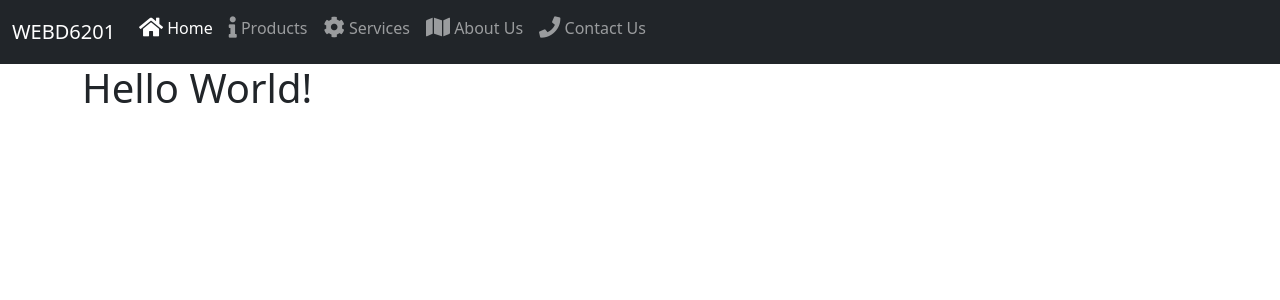
Repository: deividwsantoss/web6201-Lab1
Page: products.html
These files come from the project's save history. The page is drawn as it stood at one moment and after the next save; the edit follows.
The browser window is 1280 px wide. The pictures show the whole page.

Above is the page before, as saved 2021-02-02 14:57:48.

### products.html
<!DOCTYPE html>
<html lang="en">
<head>
    <meta charset="UTF-8">
    <meta name="viewport" content="width=device-width, initial-scale=1.0">
    <title>Home</title>
</head>
<!-- CSS SECTION-->
<link rel="stylesheet" href="./node_modules/bootstrap/dist/css/bootstrap.min.css">
<link rel="stylesheet" href="./node_modules/@fortawesome/fontawesome-free/css/all.min.css">
<link rel="stylesheet" href="./Content/app.css">

<body>
    <!-- Main Header-->
    <header>
        <nav class="navbar navbar-expand-lg navbar-dark bg-dark">
            <div class="container-fluid">
              <a class="navbar-brand" href="Index.html">WEBD6201</a>
              <button class="navbar-toggler" type="button" data-bs-toggle="collapse" data-bs-target="#navbarSupportedContent" aria-controls="navbarSupportedContent" aria-expanded="false" aria-label="Toggle navigation">
                <span class="navbar-toggler-icon"></span>
              </button>
              <div class="collapse navbar-collapse" id="navbarSupportedContent">
                <ul class="navbar-nav ml-auto mb-2 mr-lg-0">
                  <li class="nav-item">
                    <a class="nav-link active" aria-current="page" href="Index.html"><i class="fas fa-home fa-lg"></i> Home</a>
                  </li>
                  <li class="nav-item">
                    <a class="nav-link" aria-current="page" href="products.html"><i class="fas fa-info fa-lg"></i> Products</a>
                  </li>
                  <li class="nav-item">
                    <a class="nav-link" aria-current="page" href="services.html"><i class="fas fa-cog fa-lg"></i> Services</a>
                  </li>
                  <li class="nav-item">
                    <a class="nav-link" aria-current="page" href="about.html"><i class="fas fa-map fa-lg"></i> About Us</a>
                  </li>
                  <li class="nav-item">
                    <a class="nav-link" aria-current="page" href="contact.html"><i class="fas fa-phone fa-lg"></i> Contact Us</a>
                  </li>

                </ul>

              </div>
            </div>
          </nav>

    </header>


    <!-- Main Content-->
        <main class="container">
            <h1>Hello World!</h1>
        </main>

    <!--- Script Section-->
    <script src="./node_modules/bootstrap/dist/js/bootstrap.bundle.min.js"></script>
    <script src="./node_modules/jquery/dist/jquery.min.js"></script>
    <script src="./Scripts/app.js"></script>
</body>

</html>

### Content/app.css
/* Custom CSS goes here */

### Scripts/app.js
/* Custom JavaScript goes here */



(function(){

    function displayHome(){
        let paragraphOneText = "This is a simple site to demonstrate DOM manipulation for ICE 1";
        let paragraphOneElement = document.getElementById("paragraphOne");

        //let paragraphOneParagraph = document.getElementsByTagName("p")[0];
        //let paragraphOneQuery = document.querySelector("p");
        //let paragraphOneQuerys = document.querySelectorAll("p")[0];

        paragraphOneElement.textContent = paragraphOneText;
        paragraphOneElement.className = "fs-5";

        //SECOND METHOD
        //Step 1. document.createElement
        let newParagraph = document.createElement("p");
        //configure the element
        newParagraph.setAttribute("id", "paragraphTwo");
        newParagraph.textContent = "... And this is Paragraph Two";
        //step 3. Select the parent element
        let mainContent = document.getElementsByTagName("main")[0];
        //step 4. Add / Insert the element
        mainContent.appendChild(newParagraph);

        newParagraph.className = "fs-5";

    }
    function displayAbout(){

    }
    function displayServices(){

    }
    function displayProducts(){

    }
    function displayContact(){

    }

function Start(){

    console.log("App Started...");
    switch(document.title)
    {
        case 'Home':
            displayHome();
            break;
        case 'About':
            displayAbout();
            break;
        case 'Projects':
            displayProjects();
            break;
        case 'Services':
            displayServices();
            break;
        case 'Contact':
            displayContact();
            break;
    }
}

})();

Loaded but not shown: node_modules/bootstrap/dist/css/bootstrap.min.css (library); node_modules/@fortawesome/fontawesome-free/css/all.min.css (library); node_modules/bootstrap/dist/js/bootstrap.bundle.min.js (library); node_modules/jquery/dist/jquery.min.js (library)

After the next save:
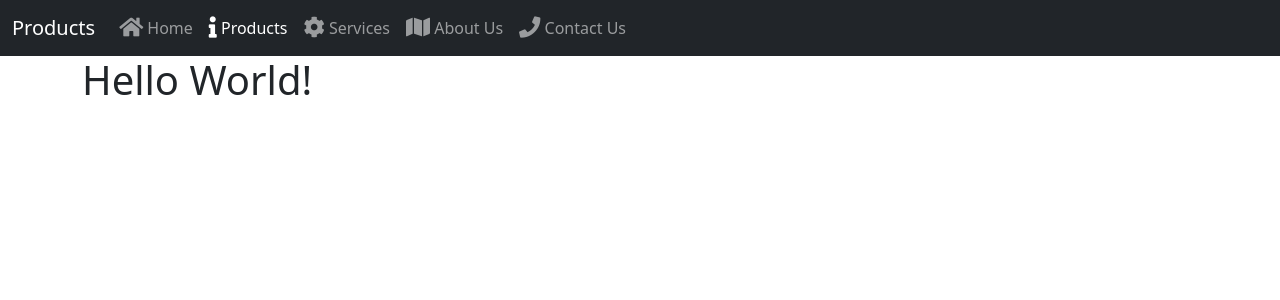
Saved 47 s later.
--- a/products.html
+++ b/products.html
@@ -3,7 +3,7 @@
 <head>
     <meta charset="UTF-8">
     <meta name="viewport" content="width=device-width, initial-scale=1.0">
-    <title>Home</title>
+    <title>Products</title>
 </head>
 <!-- CSS SECTION-->
 <link rel="stylesheet" href="./node_modules/bootstrap/dist/css/bootstrap.min.css">
@@ -15,17 +15,17 @@
     <header>
         <nav class="navbar navbar-expand-lg navbar-dark bg-dark">
             <div class="container-fluid">
-              <a class="navbar-brand" href="Index.html">WEBD6201</a>
+              <a class="navbar-brand" href="Index.html">Products</a>
               <button class="navbar-toggler" type="button" data-bs-toggle="collapse" data-bs-target="#navbarSupportedContent" aria-controls="navbarSupportedContent" aria-expanded="false" aria-label="Toggle navigation">
                 <span class="navbar-toggler-icon"></span>
               </button>
               <div class="collapse navbar-collapse" id="navbarSupportedContent">
-                <ul class="navbar-nav ml-auto mb-2 mr-lg-0">
+                <ul class="navbar-nav ml-auto mb-2 mb-lg-0">
                   <li class="nav-item">
-                    <a class="nav-link active" aria-current="page" href="Index.html"><i class="fas fa-home fa-lg"></i> Home</a>
+                    <a class="nav-link " aria-current="page" href="Index.html"><i class="fas fa-home fa-lg"></i> Home</a>
                   </li>
                   <li class="nav-item">
-                    <a class="nav-link" aria-current="page" href="products.html"><i class="fas fa-info fa-lg"></i> Products</a>
+                    <a class="nav-link active" aria-current="page" href="products.html"><i class="fas fa-info fa-lg"></i> Products</a>
                   </li>
                   <li class="nav-item">
                     <a class="nav-link" aria-current="page" href="services.html"><i class="fas fa-cog fa-lg"></i> Services</a>
